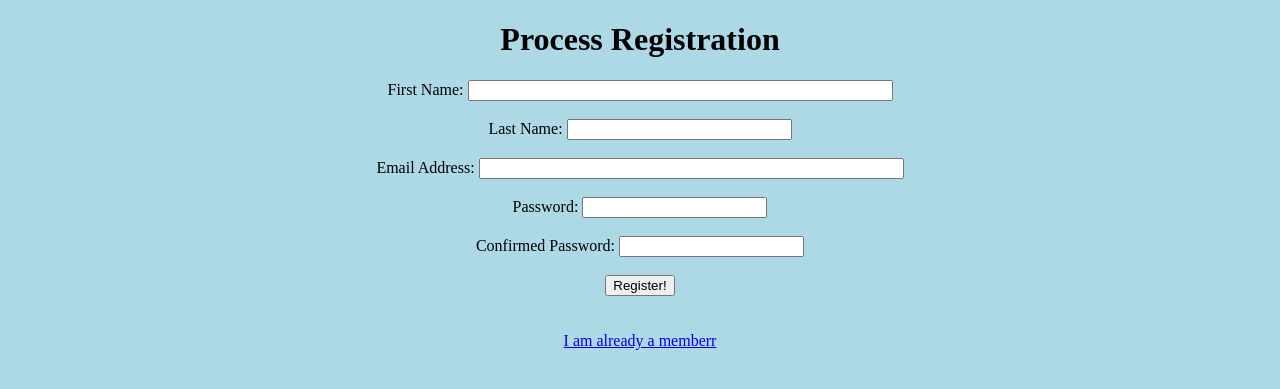
Repository: jedeyejed00/TheGameShaq
Page: http://localhost/ClassWork/ClassAssignment/process_register.php
The author's editor kept a record of every edit. The page is drawn from the files as they stood at one moment, then again after the next edit.
The browser window is 1280 px wide. The pictures show the whole page.
The page is run by PHP 8.4 with error messages shown; the project is at /var/www/html/.

Above is the page before.

### ClassWork/ClassAssignment/process_register.php
<!DOCTYPE html>

<html><head>
<title>Process Registration</title>

    </head>

    <body bgcolor = lightblue><Center>

                <H1>Process Registration</H1>

                <form action ="register.php" method = "POST">

                    <label for ="firstname">First Name:</label>
                    <input type ="firstname" name = "firstName" id="firstname" size="50"> <br><br>

                     <label for ="lastname">Last Name:</label>
                    <input type ="lastname" name = "lastName" id="lastname" size="25"> <br><br>

                    <label for ="email">Email Address:</label>
                    <input type ="email" name = "email" id="email" size="50"> <br><br>

                    <label for ="password">Password:</label>
                    <input type ="password"= name = "password" id ="password" size="20"> <br><br>

                    <label for ="confpassword">Confirmed Password:</label>
                    <input type ="password"= name = "confpassword" id ="confpassword" size="20" ><br> <br>

                    <button> Register!</button> <br><br><br>

                    <a href = login.php>I am already a memberr</a>



                    </form>



</Center></body>

    </html>

After the next edit:
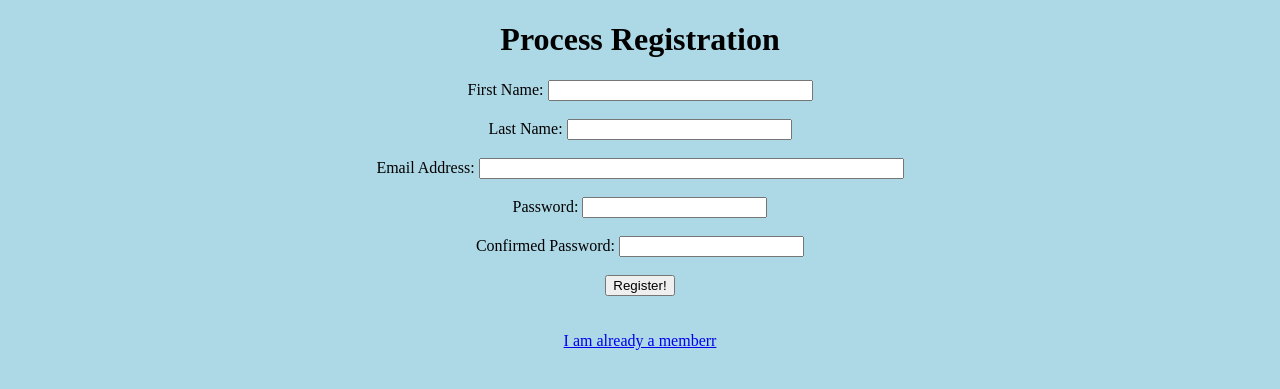
The edit:
--- a/ClassWork/ClassAssignment/process_register.php
+++ b/ClassWork/ClassAssignment/process_register.php
@@ -12,7 +12,7 @@
                 <form action ="register.php" method = "POST">
 
                     <label for ="firstname">First Name:</label>
-                    <input type ="firstname" name = "firstName" id="firstname" size="50"> <br><br>
+                    <input type ="firstname" name = "firstName" id="firstname" size="30"> <br><br>
 
                      <label for ="lastname">Last Name:</label>
                     <input type ="lastname" name = "lastName" id="lastname" size="25"> <br><br>
